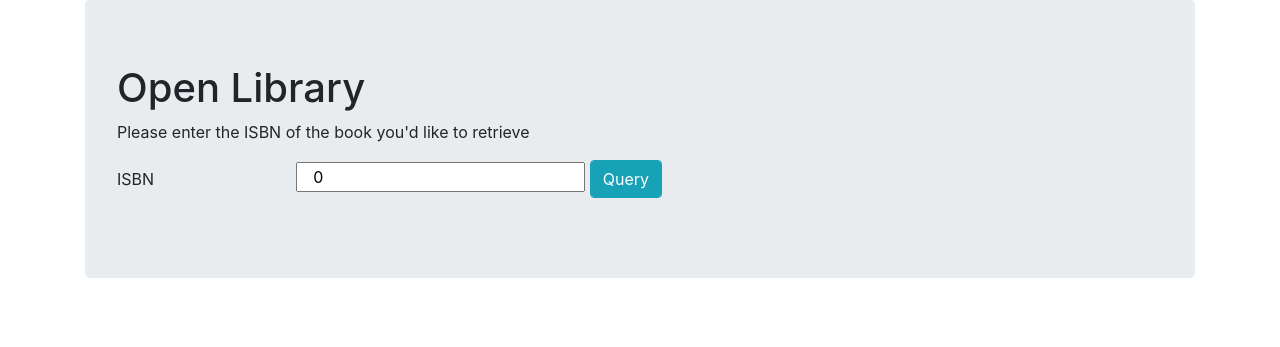
Repository: Voraphi/Jesus_Caballero-CST336-MIDTERM
Page: exams/midterm/index.html
The author's editor kept a record of every edit. The page is drawn from the files as they stood at one moment, then again after the next edit.
The browser window is 1280 px wide. The pictures show the whole page.

Above is the page before.

### exams/midterm/index.html
<!DOCTYPE html>
<html>
    <head>
        <title>Library Query</title>
        <link rel="stylesheet" href="css/styles.css" type="text/css" />
        <link href="https://stackpath.bootstrapcdn.com/bootstrap/4.4.1/css/bootstrap.min.css" rel="stylesheet" integrity="sha384-Vkoo8x4CGsO3+Hhxv8T/Q5PaXtkKtu6ug5TOeNV6gBiFeWPGFN9MuhOf23Q9Ifjh" crossorigin="anonymous">
        <script src="https://code.jquery.com/jquery-3.4.1.min.js" integrity="sha256-CSXorXvZcTkaix6Yvo6HppcZGetbYMGWSFlBw8HfCJo=" crossorigin="anonymous"></script>

    </head>
    <body class="container">
        <div class="query jumbotron">
            <h1>Open Library</h1>

            <p>Please enter the ISBN of the book you'd like to retrieve</p>

            <form>
                 <div class="form-group row">
                    <label for="book-isbn" class="col-sm-2 col-form-label">ISBN</label>
                    <div class="col-sm-10">
                        <span><input type="text" name="isbn" id="isbn" class="col-sm-4" value="0"/></span>
                        <span><button type="button" class="btn btn-info col-sm-1 form-control" id="isbn-query">Query</button></span>
                    </div>
                </div>
            </form>

        </div>

        <div id="book">
            <div class="form-group row book-info">
            </div>
        </div>

        <script type="text/javascript" src="js/functions.js"></script>
    </body>
</html>

### exams/midterm/css/styles.css
.cover {
    border: 5px solid black;
    border-radius: 10px;
}

.info {
    margin: 50px;
    font-size: 25px;
}

### exams/midterm/js/functions.js
$("#isbn-query").on("click", function() {

    var bookISBN = $("#isbn").val();

    $.ajax({
        method: "GET",
        url: "https://openlibrary.org/api/books?",
        // dataType: "json",
        data: { "bibkeys" : "ISBN:" + bookISBN,
                "format" : "json",
                "jscmd" : "data" },
        success: function(result, status) {
            console.log(result);
            $(".book-info").html('<img class="col-sm-3 cover" src="' + result["ISBN:" + bookISBN].cover.medium + '">'
                                 + '<div class="col-sm-4 info">' + '</div>');
            $(".info").html('<div> Title : ' + result["ISBN:" + bookISBN].title
                            + '</div>' + '<div> Author: ' + result["ISBN:" + bookISBN].authors[0].name + '</div>'
                            + '<div> Publish: ' + result["ISBN:" + bookISBN].publish_date + '</div>'
                            + '<div> Publisher: ' + result["ISBN:" + bookISBN].publishers[0].name + '</div>'
                            + '<div> ISBN: ' + bookISBN + '</div>'
                            + '<div> Pages: ' + result["ISBN:" + bookISBN].number_of_pages + '</div>');

        }
    });
});

After the next edit:
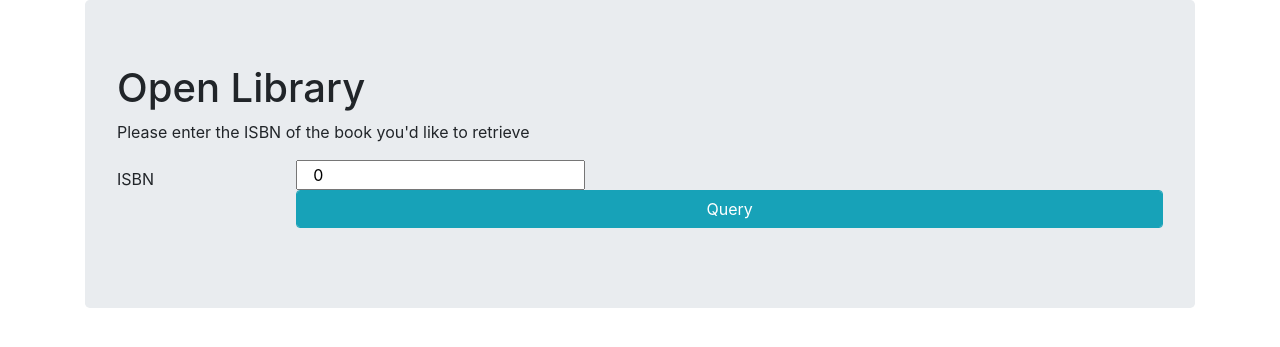
The edit:
--- a/exams/midterm/index.html
+++ b/exams/midterm/index.html
@@ -15,10 +15,11 @@
 
             <form>
                  <div class="form-group row">
-                    <label for="book-isbn" class="col-sm-2 col-form-label">ISBN</label>
-                    <div class="col-sm-10">
-                        <span><input type="text" name="isbn" id="isbn" class="col-sm-4" value="0"/></span>
-                        <span><button type="button" class="btn btn-info col-sm-1 form-control" id="isbn-query">Query</button></span>
+                    <label for="book-isbn" class="col-md-2 col-form-label">ISBN</label>
+                    <div class="col-md-10">
+                        <span><input type="text" name="isbn" id="isbn" class="col-md-4" value="0"/></span>
+                        <!--<div class="col-md-6"-->
+                        <span><button type="button" class="btn btn-info md-6 form-control" id="isbn-query">Query</button></span>
                     </div>
                 </div>
             </form>
